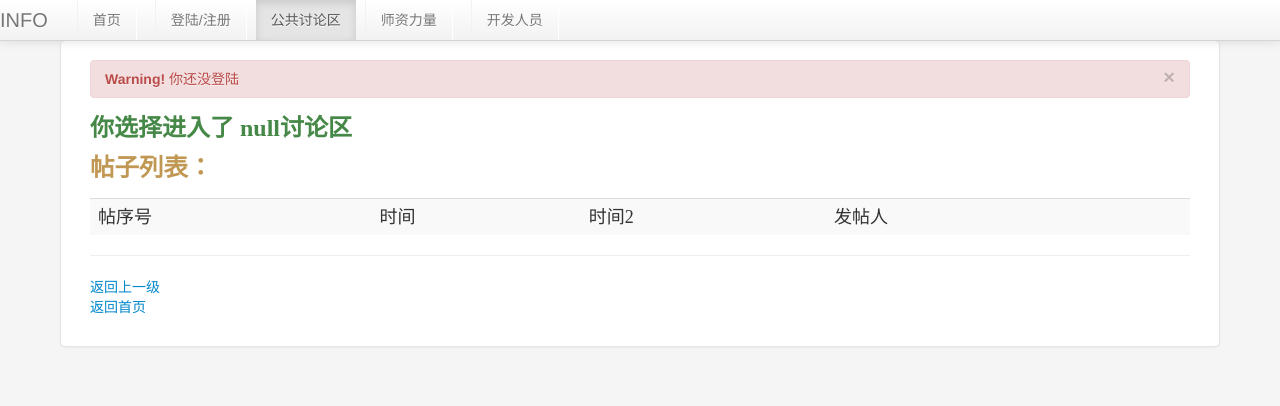
Repository: hbisheng/Academic-portal-website
Page: http://localhost/NewInfo/discussion/posts.jsp
An editor plug-in stored every save of this project. The page is shown before and after the next save, followed by the edit.
The browser window is 1280 px wide. The pictures show the whole page.
The page is served by Tomcat 9. Queries for data that is not in the repository find no rows.

Above is the page before, as saved 2014-09-21 21:33:47.
Not found: Java_info/NewInfo/NewInfo/discussion/assets/css/docs.css

After the next save:
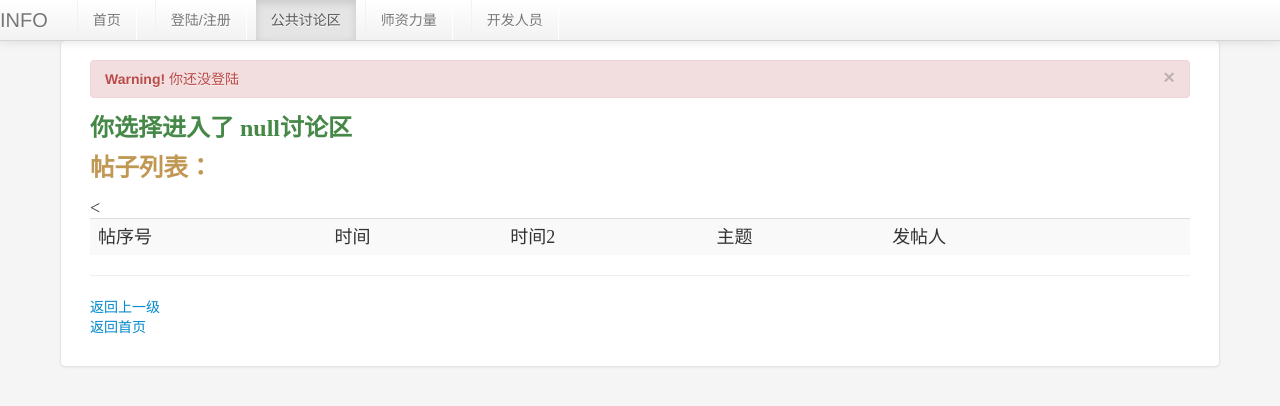
Saved 5 s later.
--- a/Java_info/NewInfo/WebContent/discussion/posts.jsp
+++ b/Java_info/NewInfo/WebContent/discussion/posts.jsp
@@ -126,7 +126,7 @@
 	if(c!=null){
 		%>
 		<table class="table table-striped" style="font-family:微软雅黑">
-				<tr> <td>帖序号</td><td>时间</td><td>时间2</td> <td>发帖人</td><td>&nbsp</td></tr><%
+				<tr> <td>帖序号</td><td>时间</td><td>时间2</td>  <td>主题</td>	 <<td>发帖人</td><td>&nbsp</td></tr><%
 
 		for(Integer i: c)
 		{
